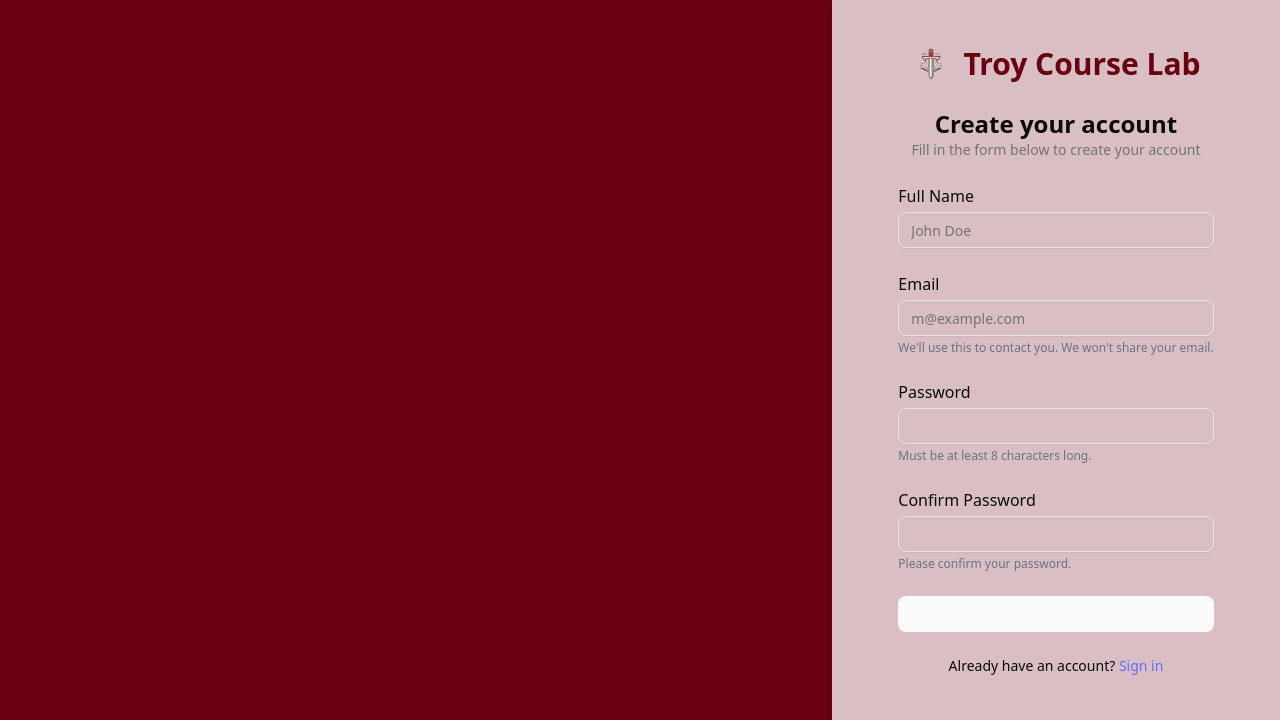
Repository: toilatrung/auth-ui-kit
Page: /register
An editor plug-in stored every save of this project. The page is shown before and after the next save, followed by the edit.
The browser window is 1280 px wide. The pictures show the whole page.
The project was rebuilt for these pictures with package versions that can differ from the ones it lists, and the page was loaded fresh each time. Also part of the build but not shown: vite.config.ts, src/pages/LoginPage.tsx.

Above is the page before, as saved 2025-11-01 17:44:39.

After the next save:
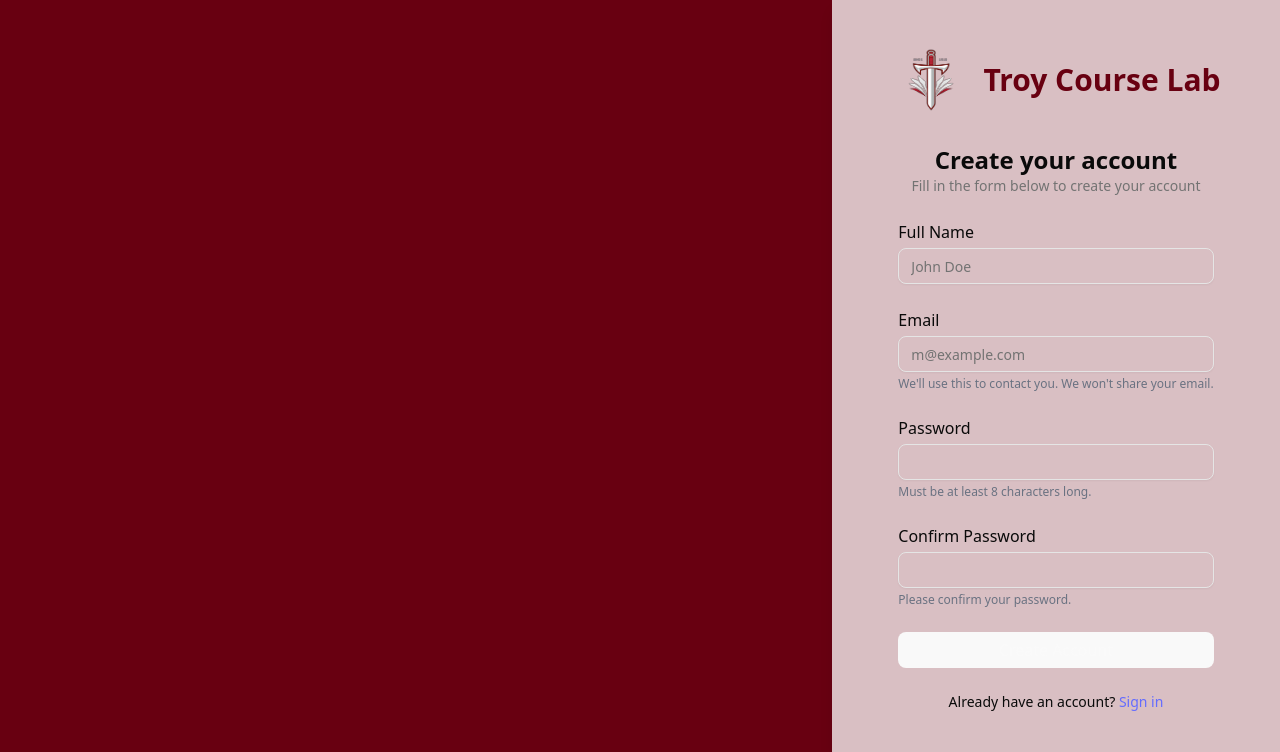
Saved 22 s later.
--- a/src/pages/RegisterPage.tsx
+++ b/src/pages/RegisterPage.tsx
@@ -10,7 +10,7 @@
           <img
             src="/tcl_logo.svg"
             alt="Troy Logo"
-            className="h-10 w-10"
+            className="h-20 w-auto"
           />
           <span className="text-3xl font-montserrat font-bold text-[#680011]">
             Troy Course Lab
